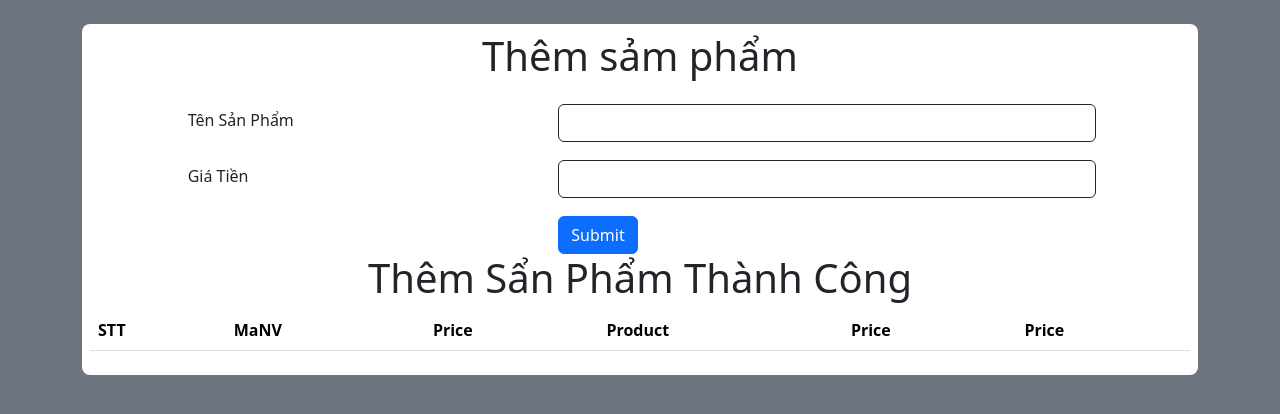
Repository: HT-35/iuh
Page: thi GK/index.html
These files come from the project's save history. The page is drawn as it stood at one moment and after a run of saves; the edit follows.
The browser window is 1280 px wide. The pictures show the whole page.

Above is the page before, as saved 2024-03-28 07:01:13.

After the next 4 saves:
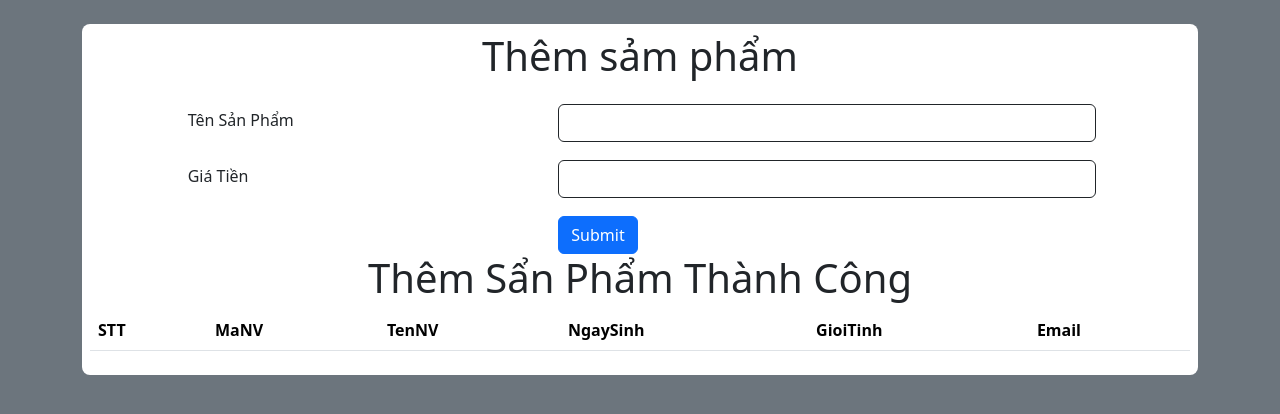
The 4 saves are shown as one change because they came seconds apart.
The last was saved 37 s later.
--- a/thi GK/index.html
+++ b/thi GK/index.html
@@ -69,10 +69,10 @@
                   <tr>
                     <th>STT</th>
                     <th>MaNV</th>
-                    <th>Price</th>
-                    <th>Product</th>
-                    <th>Price</th>
-                    <th>Price</th>
+                    <th>TenNV</th>
+                    <th>NgaySinh</th>
+                    <th>GioiTinh</th>
+                    <th>Email</th>
                   </tr>
                 </thead>
                 <tbody id="insertData">
